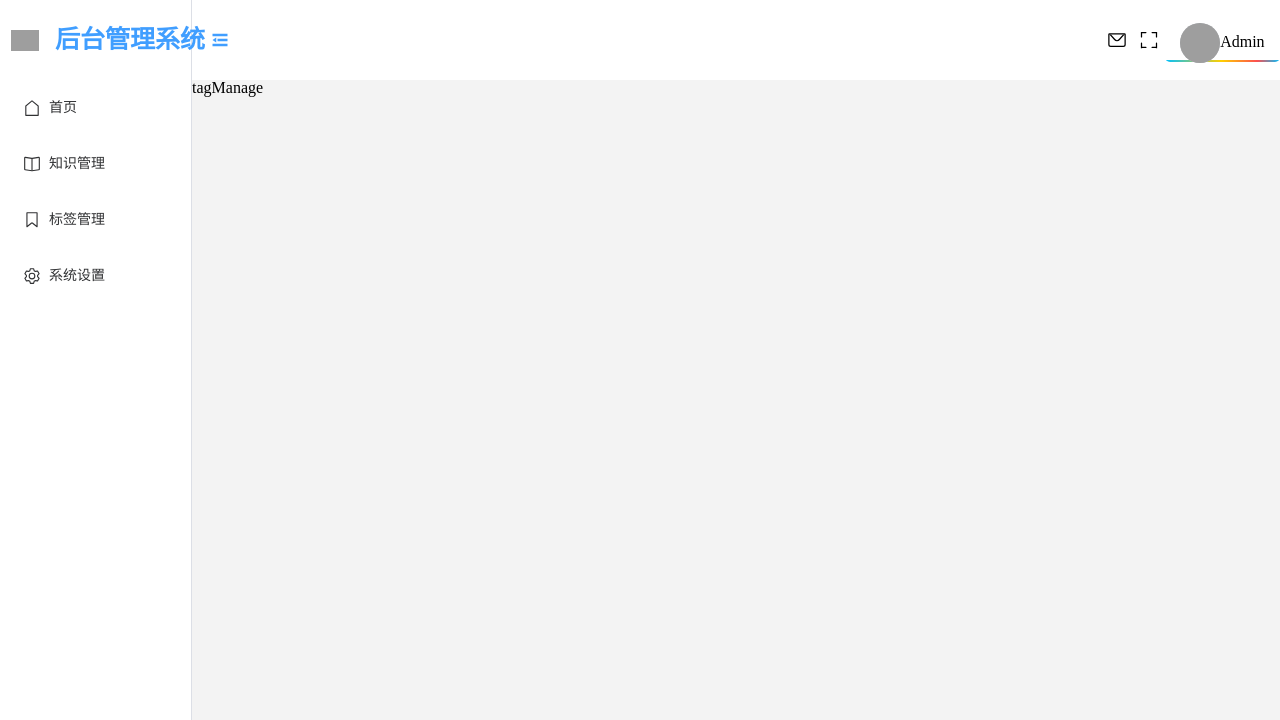
Repository: serrrN/admin
Page: /tagManage
An editor plug-in stored every save of this project. The page is shown before and after the next save, followed by the edit.
The browser window is 1280 px wide. The pictures show the whole page.
Pictures or frames that could not be fetched are drawn as grey boxes. The project was rebuilt for these pictures with package versions that can differ from the ones it lists, and the page was loaded fresh each time. Also part of the build but not shown: vite.config.ts, src/styles/index.scss.

Above is the page before, as saved 2024-06-09 13:27:48.

After the next save:
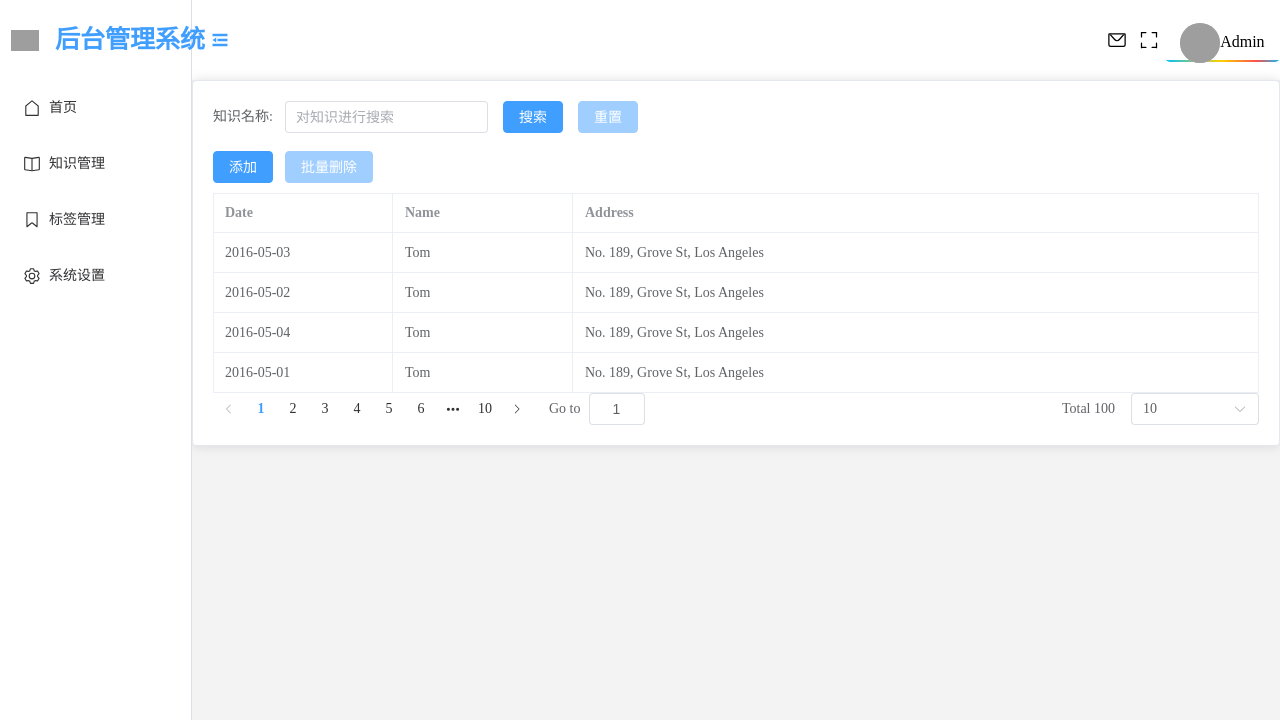
Saved 25 s later.
--- a/src/views/tagManage/index.vue
+++ b/src/views/tagManage/index.vue
@@ -1,3 +1,81 @@
-<template>tagManage</template>
-<script setup lang="ts"></script>
-<style lang="scss" scoped></style>
+<template>
+  <el-card class="knowledge-card">
+    <div class="table-header">
+      <!-- 对知识进行搜索 -->
+      <el-form>
+        <el-form-item label="知识名称:">
+          <el-input placeholder="对知识进行搜索" />
+        </el-form-item>
+        <el-form-item>
+          <el-button type="primary">搜索</el-button>
+        </el-form-item>
+        <el-form-item>
+          <el-button type="primary" disabled>重置</el-button>
+        </el-form-item>
+      </el-form>
+      <!-- 对知识进行添加和批量删除 -->
+      <div class="button-wrapped">
+        <el-button type="primary">添加</el-button>
+        <el-button type="primary" disabled>批量删除</el-button>
+      </div>
+    </div>
+    <!-- 展示知识的表格 -->
+    <div class="table-content">
+      <el-table :data="tableData" style="width: 100%" border>
+        <el-table-column prop="date" label="Date" width="180" />
+        <el-table-column prop="name" label="Name" width="180" />
+        <el-table-column prop="address" label="Address" />
+      </el-table>
+      <el-pagination
+        :page-sizes="[100, 200, 300, 400]"
+        layout="prev,pager,next,jumper,->,total,sizes "
+        :total="100"
+      />
+    </div>
+  </el-card>
+</template>
+<script setup lang="ts">
+const tableData = [
+  {
+    date: '2016-05-03',
+    name: 'Tom',
+    address: 'No. 189, Grove St, Los Angeles',
+  },
+  {
+    date: '2016-05-02',
+    name: 'Tom',
+    address: 'No. 189, Grove St, Los Angeles',
+  },
+  {
+    date: '2016-05-04',
+    name: 'Tom',
+    address: 'No. 189, Grove St, Los Angeles',
+  },
+  {
+    date: '2016-05-01',
+    name: 'Tom',
+    address: 'No. 189, Grove St, Los Angeles',
+  },
+]
+</script>
+<style lang="scss" scoped>
+.knowledge-card {
+  .table-header {
+    width: 100%;
+    display: flex;
+    flex-direction: column;
+    .el-form {
+      display: flex;
+      justify-content: flex-start;
+      align-items: center;
+      width: 50%;
+      .el-form-item {
+        margin-right: 15px;
+      }
+    }
+  }
+  .table-content {
+    padding-top: 10px;
+  }
+}
+</style>
